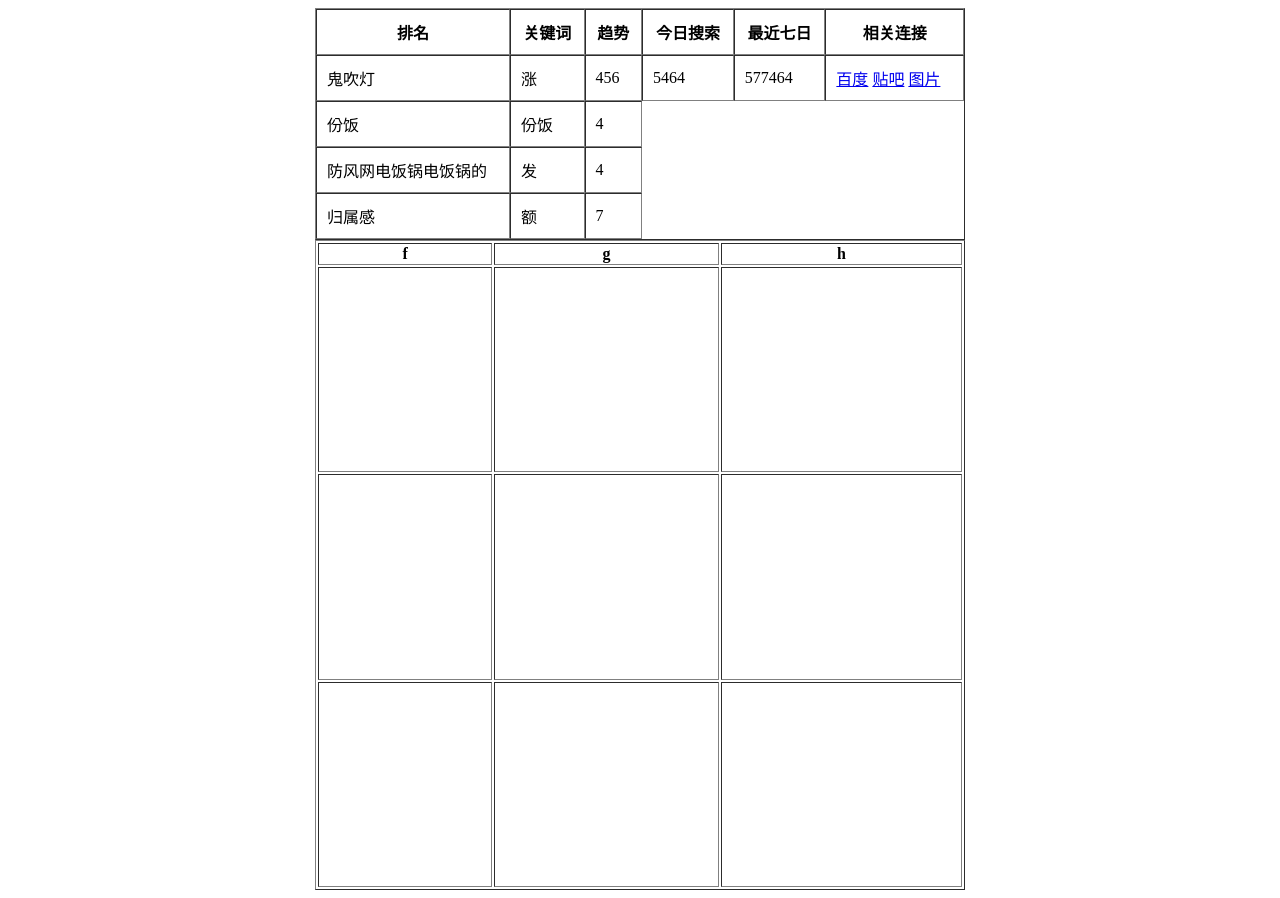
Repository: TheBestBadGuy0228/code
Page: day2_表格基本语法.html
An editor plug-in stored every save of this project. The page is shown before and after the next save, followed by the edit.
The browser window is 1280 px wide. The pictures show the whole page.

Above is the page before, as saved 2021-06-23 15:26:01.

After the next save:
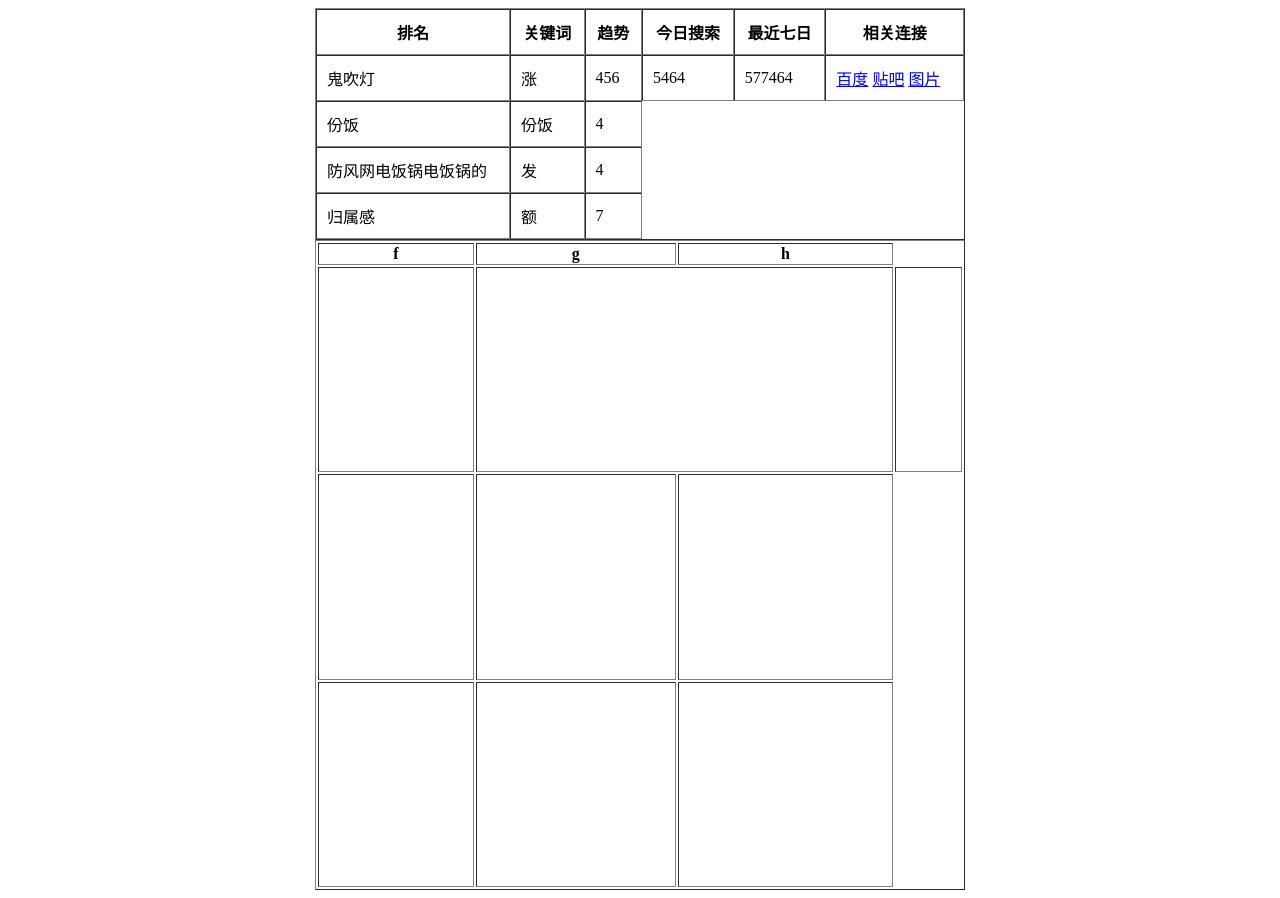
Saved 3 min 0 s later.
--- a/day2_表格基本语法.html
+++ b/day2_表格基本语法.html
@@ -64,7 +64,7 @@
         </thead>
         <tbody>
             <tr>
-                <td></td><td></td><td></td>
+                <td></td><td colspan="2"></td><td></td>
             </tr>
             <tr>
                 <td></td><td></td><td></td>
